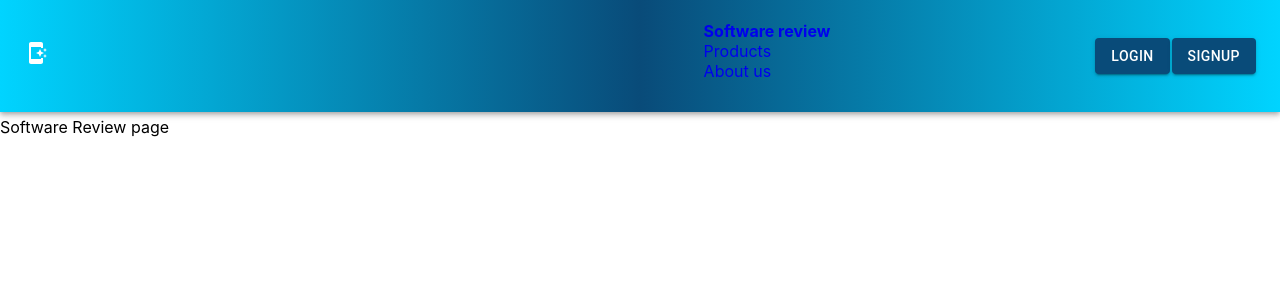
Repository: Alaa-M1/phoenix-products-reactjs-mui
Page: /
The author's editor kept a copy of each file at every save. The page is drawn from the files as they stood at one save, then again after the next save.
The browser window is 1280 px wide. The pictures show the whole page.
The project was rebuilt for these pictures with package versions that can differ from the ones it lists, and the page was loaded fresh each time. Also part of the build but not shown: src/App.css, src/pages/Products/index.tsx, src/pages/AboutUs/index.tsx.

Above is the page before, as saved 2023-04-18 20:35:02.

### src/App.tsx
import React from "react";
import "./App.css";
import { Routes, Route } from "react-router-dom";
import SoftwareReview from "pages/SoftwareReview";
import Products from "pages/Products";
import AboutUs from "pages/AboutUs";
import AppLayout from "pages/AppLayout";
import { linksDetails } from "shared";

function App() {
  return (
    <Routes>
      <Route path="/" element={<AppLayout links={linksDetails} />}>
        <Route index element={<SoftwareReview />}></Route>
        <Route path="/products" element={<Products />}></Route>
        <Route path="/about-us" element={<AboutUs />}></Route>
      </Route>
    </Routes>
  );
}

export default App;

### src/pages/SoftwareReview/index.tsx
const SoftwareReview = () => {
  return <div>Software Review page</div>;
};

export default SoftwareReview;

### src/pages/AppLayout/index.tsx
import React from "react";
import {
  AppBar,
  Toolbar,
  Grid,
  Typography,
  Button,
  Box,
  useTheme,
  useMediaQuery,
} from "@mui/material";
import AppShortcutIcon from "@mui/icons-material/AppShortcut";
import { Outlet, useLocation } from "react-router-dom";
import { StyledLink, StyledNav, linksDetails } from "shared";
import { AppLayoutProps } from "./types";
import CustomDrawer from "./components/CustomDrawer";

const AppLayout = ({ links }: AppLayoutProps) => {
  const { pathname } = useLocation();
  const theme = useTheme();
  const isSmallScreen = useMediaQuery(theme.breakpoints.down("md"));
  return (
    <>
      <AppBar
        sx={{
          position: "relative",
          backgroundImage:
            "linear-gradient(90deg,rgba(0, 212, 255, 1) 0%,rgba(9, 75, 121, 1) 50%,rgba(0, 212, 255, 1) 100%)",
          marginBottom: "5px",
        }}
      >
        <Toolbar>
          <Grid container style={{ placeItems: "center" }}>
            {isSmallScreen ? (
              <Grid item xs={12}>
              <Typography>
                <AppShortcutIcon />
              </Typography>
            </Grid>
            ) : (
              <>
                <Grid item xs={2}>
                  <Typography>
                    <AppShortcutIcon />
                  </Typography>
                </Grid>
                <Grid item xs={6}>
                  <StyledNav>
                    <ul>
                      {links.map((link, index) => (
                          <StyledLink key={index}
                            to={link.path}
                            isActive={pathname === link.path}
                          >
                            {link.label}
                          </StyledLink>
                      ))}
                    </ul>
                  </StyledNav>
                </Grid>
                <Grid item xs={1} />
                <Grid item xs={3}>
                  <Box sx={{ display: "flex" }}>
                    <Button
                      sx={{
                        marginLeft: "auto",
                        backgroundColor: "rgba(9,75,121,1)",
                      }}
                      variant="contained"
                    >
                      Login
                    </Button>
                    <Button
                      sx={{
                        marginLeft: "2px",
                        backgroundColor: "rgba(9,75,121,1)",
                      }}
                      variant="contained"
                    >
                      Signup
                    </Button>
                  </Box>
                </Grid>
              </>
            )}
          </Grid>
          <CustomDrawer links={linksDetails} isSmallScreen={isSmallScreen} />
        </Toolbar>
      </AppBar>
      <main>
        <Outlet />
      </main>
    </>
  );
};

export default AppLayout;

### src/shared/index.ts
export * from './StyledNav';
export * from './StyledLink';
export * from './linksDetails';

### src/pages/AppLayout/components/CustomDrawer.tsx
import { CustomDrawerProps } from "../types";
import Drawer from "@mui/material/Drawer";
import {
  List,
  ListItemIcon,
  ListItemText,
  IconButton,
  Box,
  ListItemButton,
} from "@mui/material";
import { useState } from "react";
import MenuOutlinedIcon from "@mui/icons-material/MenuOutlined";
import { Link, useLocation } from "react-router-dom";
import { StyledLink } from "shared";
const CustomDrawer = ({ links, isSmallScreen }: CustomDrawerProps) => {
  const [open, setOpen] = useState(false);
  const { pathname } = useLocation();
  return (
    <>
      {isSmallScreen ? (
        <>
          <IconButton
            aria-label="Open menu drawer"
            onClick={() => setOpen(true)}
          >
            <MenuOutlinedIcon></MenuOutlinedIcon>
          </IconButton>

          <Drawer open={open} anchor="left" onClose={() => setOpen(false)}>
            <List>
              <ul>
                {links.map((link, index) => (
                  <li key={index}>
                    <StyledLink
                      to={link.path}
                      isActive={pathname === link.path}
                    >
                      {link.label}
                    </StyledLink>
                  </li>
                ))}
              </ul>
            </List>
          </Drawer>
        </>
      ) : null}
    </>
  );
};

export default CustomDrawer;

### src/shared/StyledNav.tsx
import styled from "styled-components";

const StyledNav = styled.nav`
padding: 5px;
display: flex;
margin-bottom: 10px;
ul {
  display: inline-block;
  width: auto;
  margin-left: auto;
}
li {
  margin-left: auto;
  display: inline-block;
  margin: 0px 10px;
  list-style: none;
}
`;

export {StyledNav}

### src/shared/StyledLink.tsx
import { Link, LinkProps } from "react-router-dom";
import styled from "styled-components";

type LinkComponentProps = LinkProps &
  React.RefAttributes<HTMLAnchorElement> & {
    isActive: boolean;
  };
const LinkComponent = (props: LinkComponentProps) => {
  return (
    <div>
      <li>
        <Link {...props}></Link>
      </li>
    </div>
  );
};
const StyledLink = styled(LinkComponent)`
  li {
    margin-left: auto;
    display: inline-block;
    margin: 0px 10px;
    list-style: none;
  }
  a {
    text-decoration: none;
    color: red;
  }
  font-weight: ${(p) => (p.isActive ? "bold" : "normal")};
  text-decoration: none;
`;

export { StyledLink };

### src/shared/linksDetails.ts
import { LinkInfo } from "types";

export const linksDetails: Array<LinkInfo> = [
    { label: "Software review", path: "/" },
    { label: "Products", path: "/products" },
    { label: "About us", path: "/about-us" },
  ];

Loaded but not shown: public/index.html (common file); src/index.tsx (common file); src/index.css (common file); src/reportWebVitals.ts (common file)

After the next save:
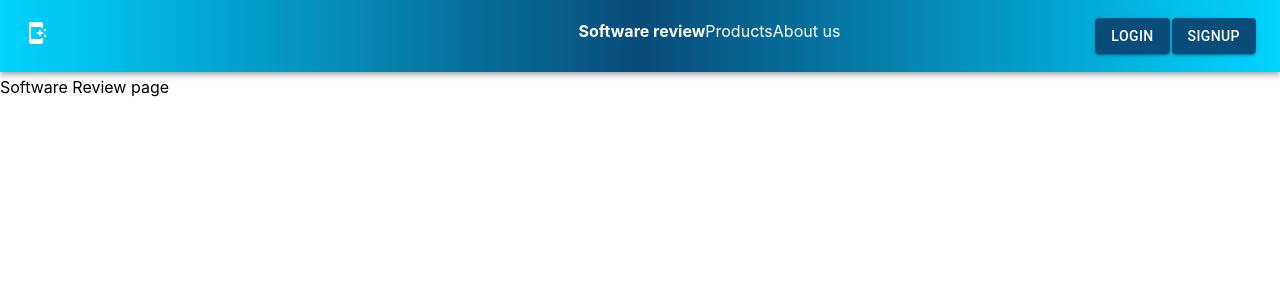
Saved 62 s later.
--- a/src/shared/StyledLink.tsx
+++ b/src/shared/StyledLink.tsx
@@ -6,27 +6,15 @@ type LinkComponentProps = LinkProps &
     isActive: boolean;
   };
 const LinkComponent = (props: LinkComponentProps) => {
-  return (
-    <div>
-      <li>
-        <Link {...props}></Link>
-      </li>
-    </div>
-  );
+  return <Link {...props}></Link>;
 };
 const StyledLink = styled(LinkComponent)`
-  li {
-    margin-left: auto;
-    display: inline-block;
-    margin: 0px 10px;
-    list-style: none;
-  }
+  font-weight: ${(p) => (p.isActive ? "bold" : "normal")};
+  color:#fff;
+  text-decoration: none;
   a {
     text-decoration: none;
-    color: red;
   }
-  font-weight: ${(p) => (p.isActive ? "bold" : "normal")};
-  text-decoration: none;
 `;
 
 export { StyledLink };
